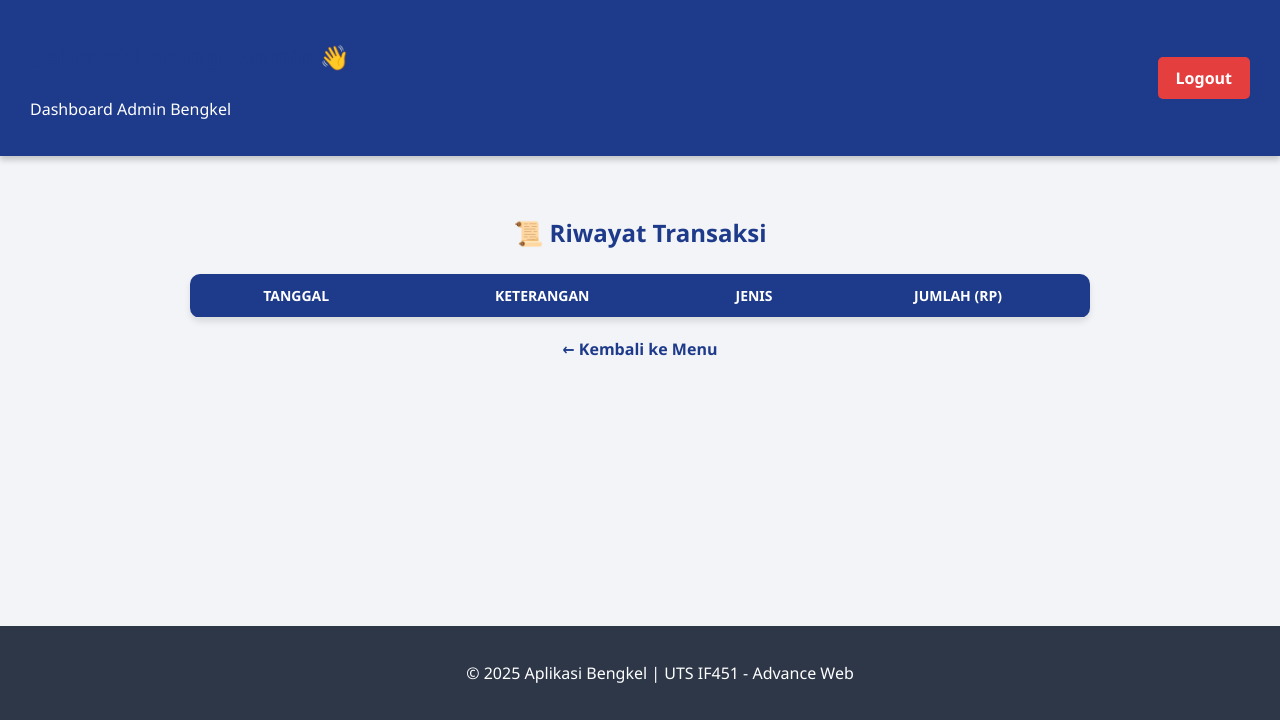
Repository: eligrahphilip/bengkel_managemen
Page: views/admin-history.ejs
These files come from the project's save history. The page is drawn as it stood at one moment and after the next save; the edit follows.
The browser window is 1280 px wide. The pictures show the whole page.
The page is served by the project's Node server (server.js). The template is opened directly, without the code that normally fills it, so the values that code supplies are empty.

Above is the page before, as saved 2025-10-10 21:20:56.

### views/admin-history.ejs
<%- include('partials/header') %>
<link rel="stylesheet" href="/css/admin/admin-history.css">

<main class="history-page">
  <h2>📜 Riwayat Transaksi</h2>

  <table>
    <thead>
      <tr>
        <th>Tanggal</th>
        <th>Keterangan</th>
        <th>Jenis</th>
        <th>Jumlah (Rp)</th>
      </tr>
    </thead>
    <tbody>
      <% transactions.forEach(t => { %>
        <tr>
          <td><%= t.tanggal %></td>
          <td><%= t.keterangan || '-' %></td>
          <td class="<%= t.jenis === 'income' ? 'income' : 'expense' %>">
            <%= t.jenis === "income" ? "Pemasukan" : "Pengeluaran" %>
          </td>
          <td>Rp <%= t.jumlah.toLocaleString() %></td>
        </tr>
      <% }) %>
    </tbody>
  </table>

  <div class="back-link">
    <a href="/admin/menu">← Kembali ke Menu</a>
  </div>
</main>

<%- include('partials/footer') %>

### views/partials/header.ejs
<header>
  <div class="header-text">
    <h2>Selamat Datang, <%= user?.username || 'Admin' %> 👋</h2>
    <p>Dashboard Admin Bengkel</p>
  </div>
  <a href="/logout" class="logout-btn">Logout</a>
</header>

### views/partials/footer.ejs
<footer>
  <p>© 2025 Aplikasi Bengkel | UTS IF451 - Advance Web</p>
</footer>

### server.js
const express = require("express");
const path = require("path");
const fs = require("fs");
const bodyParser = require("body-parser");
const session = require("express-session");

const app = express();
const PORT = 3000;

// Middleware
app.use(bodyParser.urlencoded({ extended: true }));
app.use(express.static("public"));
app.use(
  session({
    secret: "bengkel-secret",
    resave: false,
    saveUninitialized: true,
  })
);

// Set EJS
app.set("view engine", "ejs");
app.set("views", path.join(__dirname, "views"));

// File data
const usersPath = path.join(__dirname, "data", "users.json");
const transPath = path.join(__dirname, "data", "transactions.json");

// === ROUTES ===

// Login
app.get("/", (req, res) => {
  res.render("login", { error: null });
});

// Proses login
app.post("/login", (req, res) => {
  const { username, password } = req.body;
  const users = JSON.parse(fs.readFileSync(usersPath));
  const user = users.find(
    (u) => u.username === username && u.password === password
  );

  if (!user) return res.render("login", { error: "Username atau password salah!" });

  req.session.user = user;
  if (user.role === "admin") return res.redirect("/admin/menu");
  else return res.redirect("/user");
});

// Logout
app.get("/logout", (req, res) => {
  req.session.destroy();
  res.redirect("/");
});

// === ADMIN ===

// Menu utama admin
app.get("/admin/menu", (req, res) => {
  if (!req.session.user || req.session.user.role !== "admin")
    return res.redirect("/");
  res.render("admin-menu", { user: req.session.user });
});

// Pencatatan Pemasukan
app.get("/admin/income", (req, res) => {
  if (!req.session.user || req.session.user.role !== "admin")
    return res.redirect("/");
  res.render("admin-income", { user: req.session.user });
});

// Pencatatan Pengeluaran
app.get("/admin/expense", (req, res) => {
  if (!req.session.user || req.session.user.role !== "admin")
    return res.redirect("/");
  res.render("admin-expense", { user: req.session.user });
});

// Tambah transaksi
app.post("/admin/add", (req, res) => {
  const { tanggal, keterangan, jumlah, jenis } = req.body;
  const transactions = JSON.parse(fs.readFileSync(transPath));

  const newTrans = {
    id: Date.now(),
    tanggal,
    keterangan,
    jumlah: parseFloat(jumlah),
    jenis, // income / expense
  };

  transactions.push(newTrans);
  fs.writeFileSync(transPath, JSON.stringify(transactions, null, 2));

  res.redirect("/admin/history");
});

// Riwayat transaksi
app.get("/admin/history", (req, res) => {
  if (!req.session.user || req.session.user.role !== "admin")
    return res.redirect("/");
  const transactions = JSON.parse(fs.readFileSync(transPath));
  res.render("admin-history", { user: req.session.user, transactions });
});

// Laporan Keuangan
app.get("/report", (req, res) => {
  if (!req.session.user || req.session.user.role !== "admin")
    return res.redirect("/");

  const transactions = JSON.parse(fs.readFileSync(transPath));

  const totalIncome = transactions
    .filter((t) => t.jenis === "income")
    .reduce((sum, t) => sum + t.jumlah, 0);

  const totalExpense = transactions
    .filter((t) => t.jenis === "expense")
    .reduce((sum, t) => sum + t.jumlah, 0);

  const saldo = totalIncome - totalExpense;

  res.render("report", {
    user: req.session.user,
    transactions,
    totalIncome,
    totalExpense,
    saldo,
  });
});

// === USER ===
app.get("/user", (req, res) => {
  if (!req.session.user || req.session.user.role !== "user")
    return res.redirect("/");
  res.render("user-catalog", { user: req.session.user });
});

app.listen(PORT, () =>
  console.log(`Server running on http://localhost:${PORT}`)
);

### public/css/admin/admin-history.css
body {
  font-family: "Segoe UI", Tahoma, Geneva, Verdana, sans-serif;
  background-color: #f2f4f7;
  margin: 0;
  padding-bottom: 80px; /* biar konten gak ketutupan footer */
}

header {
  background-color: #1E3A8A;
  color: white;
  padding: 20px 30px;
  display: flex;
  justify-content: space-between;
  align-items: center;
  box-shadow: 0 4px 6px rgba(0, 0, 0, 0.2);
}

.logout-btn {
  background-color: #e53e3e;
  color: white;
  padding: 10px 18px;
  border-radius: 5px;
  text-decoration: none;
  font-weight: bold;
  transition: 0.3s;
}

.logout-btn:hover {
  background-color: #c53030;
}

main {
  padding: 40px;
  max-width: 900px;
  margin: 0 auto;
}

h2 {
  text-align: center;
  margin-bottom: 25px;
  color: #1E3A8A;
}

table {
  width: 100%;
  border-collapse: collapse;
  background: white;
  box-shadow: 0 4px 6px rgba(0,0,0,0.1);
  border-radius: 10px;
  overflow: hidden;
}

th, td {
  padding: 12px;
  border-bottom: 1px solid #ddd;
  text-align: center;
}

th {
  background-color: #1E3A8A;
  color: white;
  text-transform: uppercase;
  font-size: 14px;
}

tr:hover {
  background-color: #f9fafb;
}

.income {
  color: #16a34a;
  font-weight: bold;
}

.expense {
  color: #dc2626;
  font-weight: bold;
}

.back-link {
  text-align: center;
  margin-top: 20px;
}

.back-link a {
  color: #1E3A8A;
  text-decoration: none;
  font-weight: bold;
}

.back-link a:hover {
  text-decoration: underline;
}

footer {
  text-align: center;
  padding: 20px;
  background-color: #2d3748;
  color: white;
  position: fixed;
  bottom: 0;
  width: 100%;
}

After the next save:
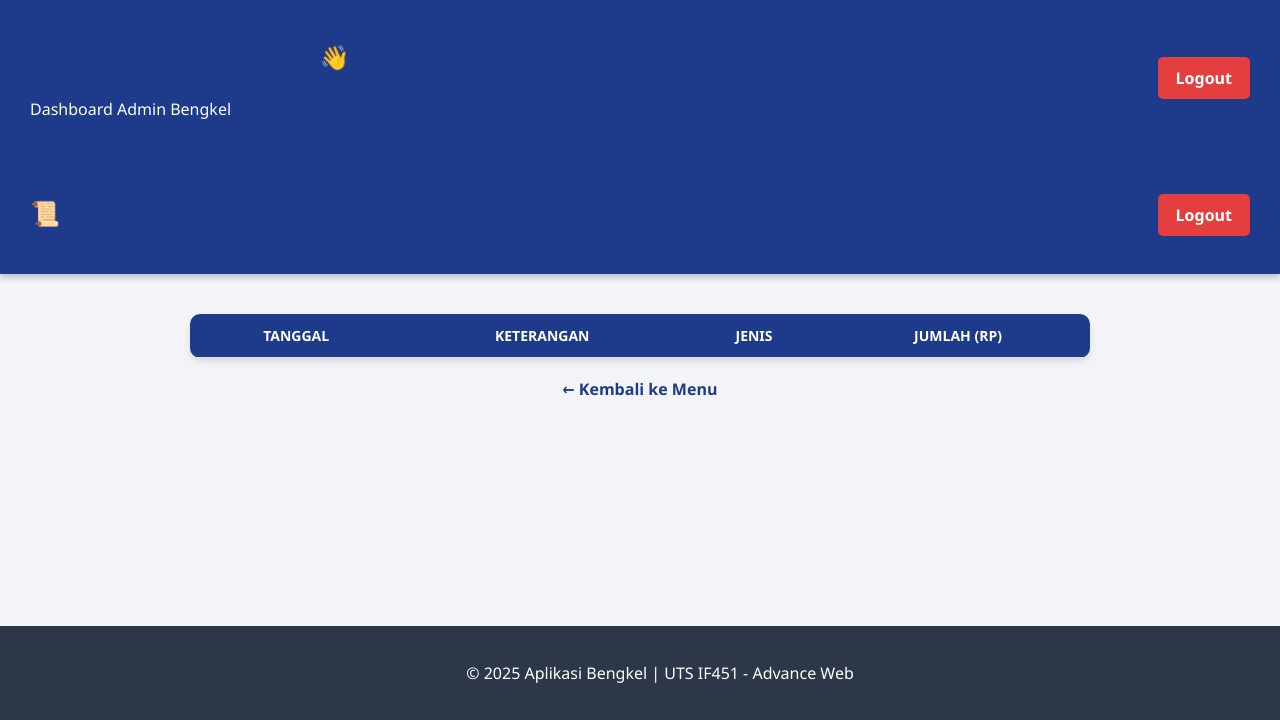
Saved 2 min 27 s later.
--- a/views/admin-history.ejs
+++ b/views/admin-history.ejs
@@ -1,9 +1,12 @@
 <%- include('partials/header') %>
 <link rel="stylesheet" href="/css/admin/admin-history.css">
 
+<header>
+  <h2>📜 Riwayat Transaksi</h2>
+  <a href="/logout" class="logout-btn">Logout</a>
+</header>
+
 <main class="history-page">
-  <h2>📜 Riwayat Transaksi</h2>
-
   <table>
     <thead>
       <tr>
